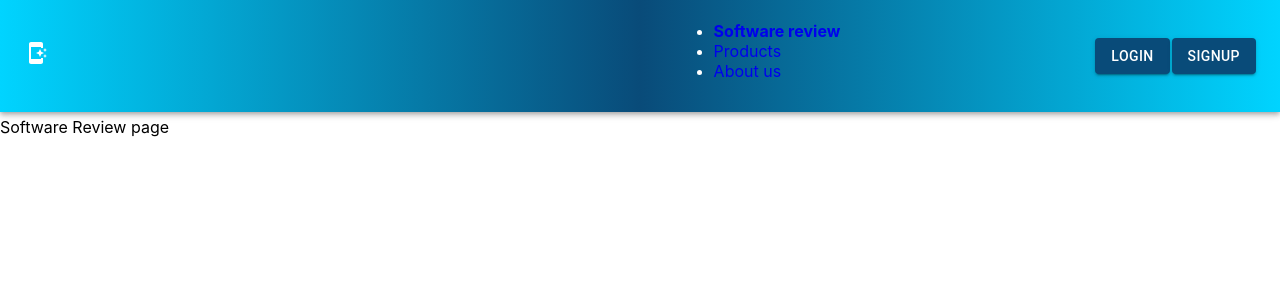
Repository: Alaa-M1/phoenix-products-reactjs-mui
Page: /
An editor plug-in stored every save of this project. The page is shown before and after the next save, followed by the edit.
The browser window is 1280 px wide. The pictures show the whole page.
The project was rebuilt for these pictures with package versions that can differ from the ones it lists, and the page was loaded fresh each time. Also part of the build but not shown: src/App.css, src/pages/Products/index.tsx, src/pages/AboutUs/index.tsx.

Above is the page before, as saved 2023-04-18 20:35:01.

### src/App.tsx
import React from "react";
import "./App.css";
import { Routes, Route } from "react-router-dom";
import SoftwareReview from "pages/SoftwareReview";
import Products from "pages/Products";
import AboutUs from "pages/AboutUs";
import AppLayout from "pages/AppLayout";
import { linksDetails } from "shared";

function App() {
  return (
    <Routes>
      <Route path="/" element={<AppLayout links={linksDetails} />}>
        <Route index element={<SoftwareReview />}></Route>
        <Route path="/products" element={<Products />}></Route>
        <Route path="/about-us" element={<AboutUs />}></Route>
      </Route>
    </Routes>
  );
}

export default App;

### src/pages/SoftwareReview/index.tsx
const SoftwareReview = () => {
  return <div>Software Review page</div>;
};

export default SoftwareReview;

### src/pages/AppLayout/index.tsx
import React from "react";
import {
  AppBar,
  Toolbar,
  Grid,
  Typography,
  Button,
  Box,
  useTheme,
  useMediaQuery,
} from "@mui/material";
import AppShortcutIcon from "@mui/icons-material/AppShortcut";
import { Outlet, useLocation } from "react-router-dom";
import { StyledLink, StyledNav, linksDetails } from "shared";
import { AppLayoutProps } from "./types";
import CustomDrawer from "./components/CustomDrawer";

const AppLayout = ({ links }: AppLayoutProps) => {
  const { pathname } = useLocation();
  const theme = useTheme();
  const isSmallScreen = useMediaQuery(theme.breakpoints.down("md"));
  return (
    <>
      <AppBar
        sx={{
          position: "relative",
          backgroundImage:
            "linear-gradient(90deg,rgba(0, 212, 255, 1) 0%,rgba(9, 75, 121, 1) 50%,rgba(0, 212, 255, 1) 100%)",
          marginBottom: "5px",
        }}
      >
        <Toolbar>
          <Grid container style={{ placeItems: "center" }}>
            {isSmallScreen ? (
              <Grid item xs={12}>
              <Typography>
                <AppShortcutIcon />
              </Typography>
            </Grid>
            ) : (
              <>
                <Grid item xs={2}>
                  <Typography>
                    <AppShortcutIcon />
                  </Typography>
                </Grid>
                <Grid item xs={6}>
                  <StyledNav>
                    <ul>
                      {links.map((link, index) => (
                          <StyledLink key={index}
                            to={link.path}
                            isActive={pathname === link.path}
                          >
                            {link.label}
                          </StyledLink>
                      ))}
                    </ul>
                  </StyledNav>
                </Grid>
                <Grid item xs={1} />
                <Grid item xs={3}>
                  <Box sx={{ display: "flex" }}>
                    <Button
                      sx={{
                        marginLeft: "auto",
                        backgroundColor: "rgba(9,75,121,1)",
                      }}
                      variant="contained"
                    >
                      Login
                    </Button>
                    <Button
                      sx={{
                        marginLeft: "2px",
                        backgroundColor: "rgba(9,75,121,1)",
                      }}
                      variant="contained"
                    >
                      Signup
                    </Button>
                  </Box>
                </Grid>
              </>
            )}
          </Grid>
          <CustomDrawer links={linksDetails} isSmallScreen={isSmallScreen} />
        </Toolbar>
      </AppBar>
      <main>
        <Outlet />
      </main>
    </>
  );
};

export default AppLayout;

### src/shared/index.ts
export * from './StyledNav';
export * from './StyledLink';
export * from './linksDetails';

### src/pages/AppLayout/components/CustomDrawer.tsx
import { CustomDrawerProps } from "../types";
import Drawer from "@mui/material/Drawer";
import {
  List,
  ListItemIcon,
  ListItemText,
  IconButton,
  Box,
  ListItemButton,
} from "@mui/material";
import { useState } from "react";
import MenuOutlinedIcon from "@mui/icons-material/MenuOutlined";
import { Link, useLocation } from "react-router-dom";
import { StyledLink } from "shared";
const CustomDrawer = ({ links, isSmallScreen }: CustomDrawerProps) => {
  const [open, setOpen] = useState(false);
  const { pathname } = useLocation();
  return (
    <>
      {isSmallScreen ? (
        <>
          <IconButton
            aria-label="Open menu drawer"
            onClick={() => setOpen(true)}
          >
            <MenuOutlinedIcon></MenuOutlinedIcon>
          </IconButton>

          <Drawer open={open} anchor="left" onClose={() => setOpen(false)}>
            <List>
              <ul>
                {links.map((link, index) => (
                  <li key={index}>
                    <StyledLink
                      to={link.path}
                      isActive={pathname === link.path}
                    >
                      {link.label}
                    </StyledLink>
                  </li>
                ))}
              </ul>
            </List>
          </Drawer>
        </>
      ) : null}
    </>
  );
};

export default CustomDrawer;

### src/shared/StyledNav.tsx
import styled from "styled-components";

const StyledNav = styled.nav`
padding: 5px;
display: flex;
margin-bottom: 10px;
ul {
  display: inline-block;
  width: auto;
  margin-left: auto;
}
`;

export {StyledNav}

### src/shared/StyledLink.tsx
import { Link, LinkProps } from "react-router-dom";
import styled from "styled-components";

type LinkComponentProps = LinkProps &
  React.RefAttributes<HTMLAnchorElement> & {
    isActive: boolean;
  };
const LinkComponent = (props: LinkComponentProps) => {
  return (
    <div>
      <li>
        <Link {...props}></Link>
      </li>
    </div>
  );
};
const StyledLink = styled(LinkComponent)`
  li {
    margin-left: auto;
    display: inline-block;
    margin: 0px 10px;
    list-style: none;
  }
  a {
    text-decoration: none;
    color: red;
  }
  font-weight: ${(p) => (p.isActive ? "bold" : "normal")};
  text-decoration: none;
`;

export { StyledLink };

### src/shared/linksDetails.ts
import { LinkInfo } from "types";

export const linksDetails: Array<LinkInfo> = [
    { label: "Software review", path: "/" },
    { label: "Products", path: "/products" },
    { label: "About us", path: "/about-us" },
  ];

Loaded but not shown: public/index.html (common file); src/index.tsx (common file); src/index.css (common file); src/reportWebVitals.ts (common file)

After the next save:
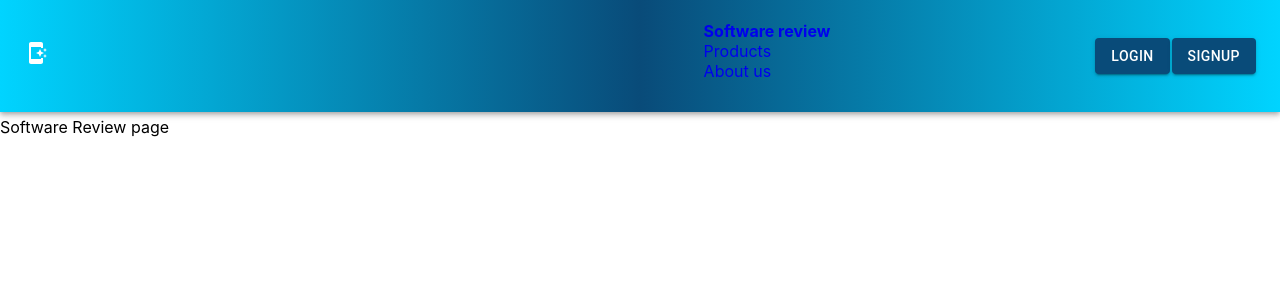
Saved 1 s later.
--- a/src/shared/StyledNav.tsx
+++ b/src/shared/StyledNav.tsx
@@ -9,6 +9,12 @@ ul {
   width: auto;
   margin-left: auto;
 }
+li {
+  margin-left: auto;
+  display: inline-block;
+  margin: 0px 10px;
+  list-style: none;
+}
 `;
 
 export {StyledNav}
